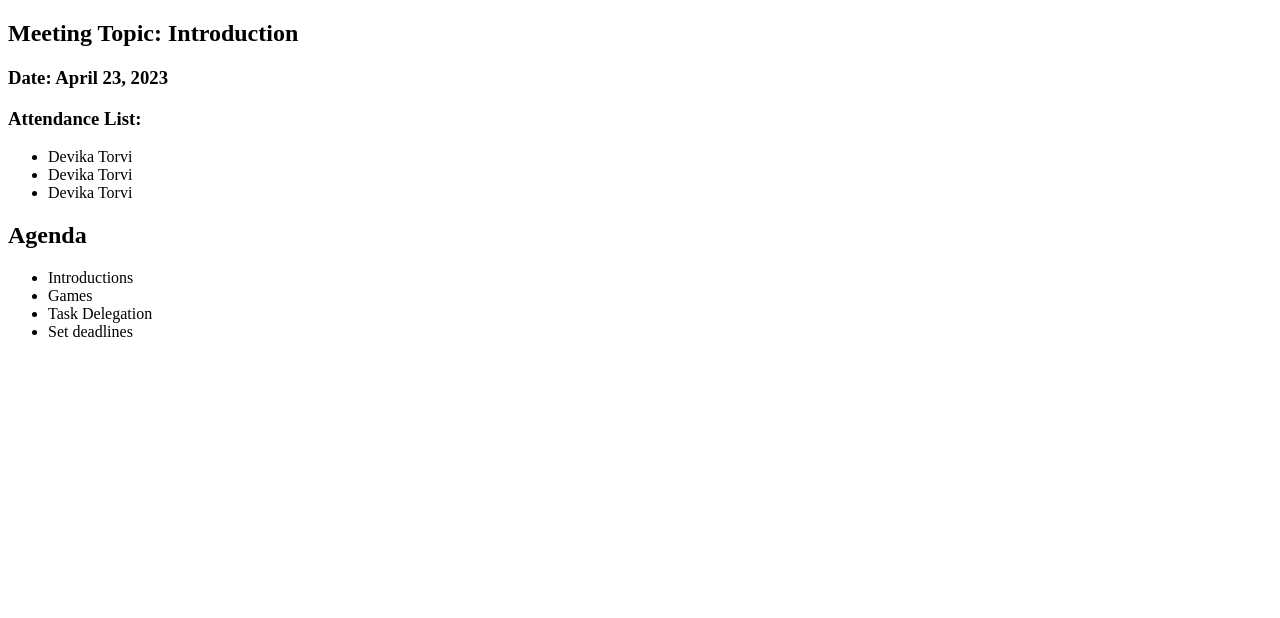
Repository: dtorvi/sp23-cse110-lab3
Page: index.html
The author's editor kept a copy of each file at every save. The page is drawn from the files as they stood at one save, then again after a run of saves.
The browser window is 1280 px wide. The pictures show the whole page.

Above is the page before, as saved 2023-04-23 13:38:43.

After the next 2 saves:
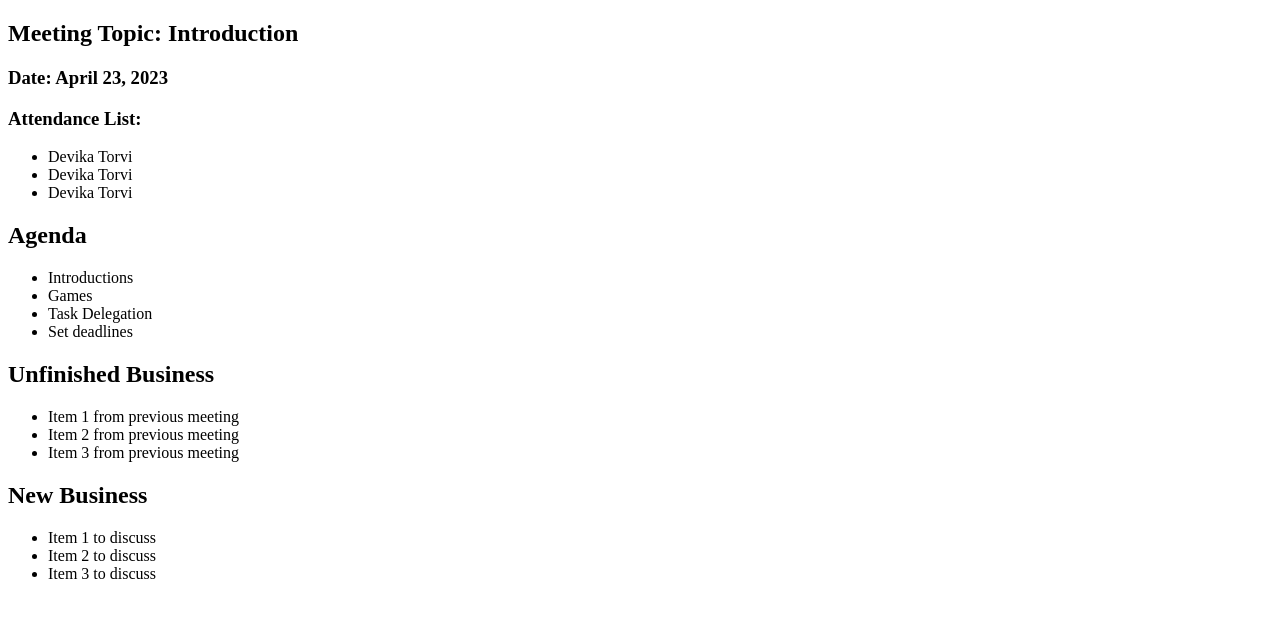
The 2 saves are shown as one change because they came seconds apart.
The last was saved 2 min 25 s later.
--- a/index.html
+++ b/index.html
@@ -20,7 +20,20 @@
             <li>Task Delegation</li>
             <li>Set deadlines</li>
         </ul>
+        <h2>Unfinished Business</h2>
+<ul>
+  <li>Item 1 from previous meeting</li>
+  <li>Item 2 from previous meeting</li>
+  <li>Item 3 from previous meeting</li>
+</ul>
 
+<!-- New Business section -->
+<h2>New Business</h2>
+<ul>
+  <li>Item 1 to discuss</li>
+  <li>Item 2 to discuss</li>
+  <li>Item 3 to discuss</li>
+</ul>
     </section>
   </body>
 </html>
